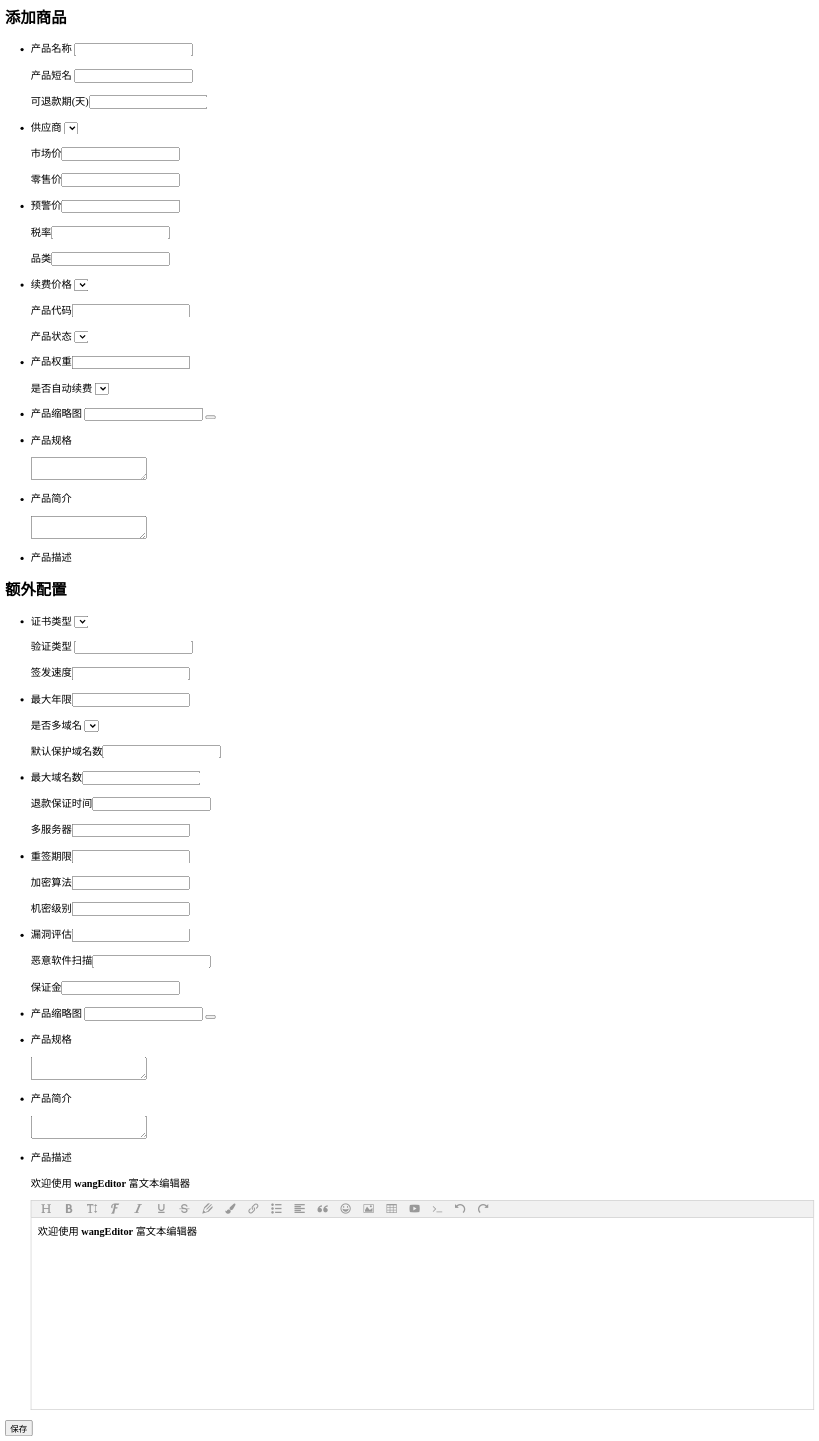
Repository: wangyan466393/racentSystem
Page: addProduct.html
An editor plug-in stored every save of this project. The page is shown before and after the next save, followed by the edit.
The browser window is 1280 px wide. The pictures show the whole page, at 64% of full size.

Above is the page before, as saved 2020-08-19 21:50:26.

After the next save:
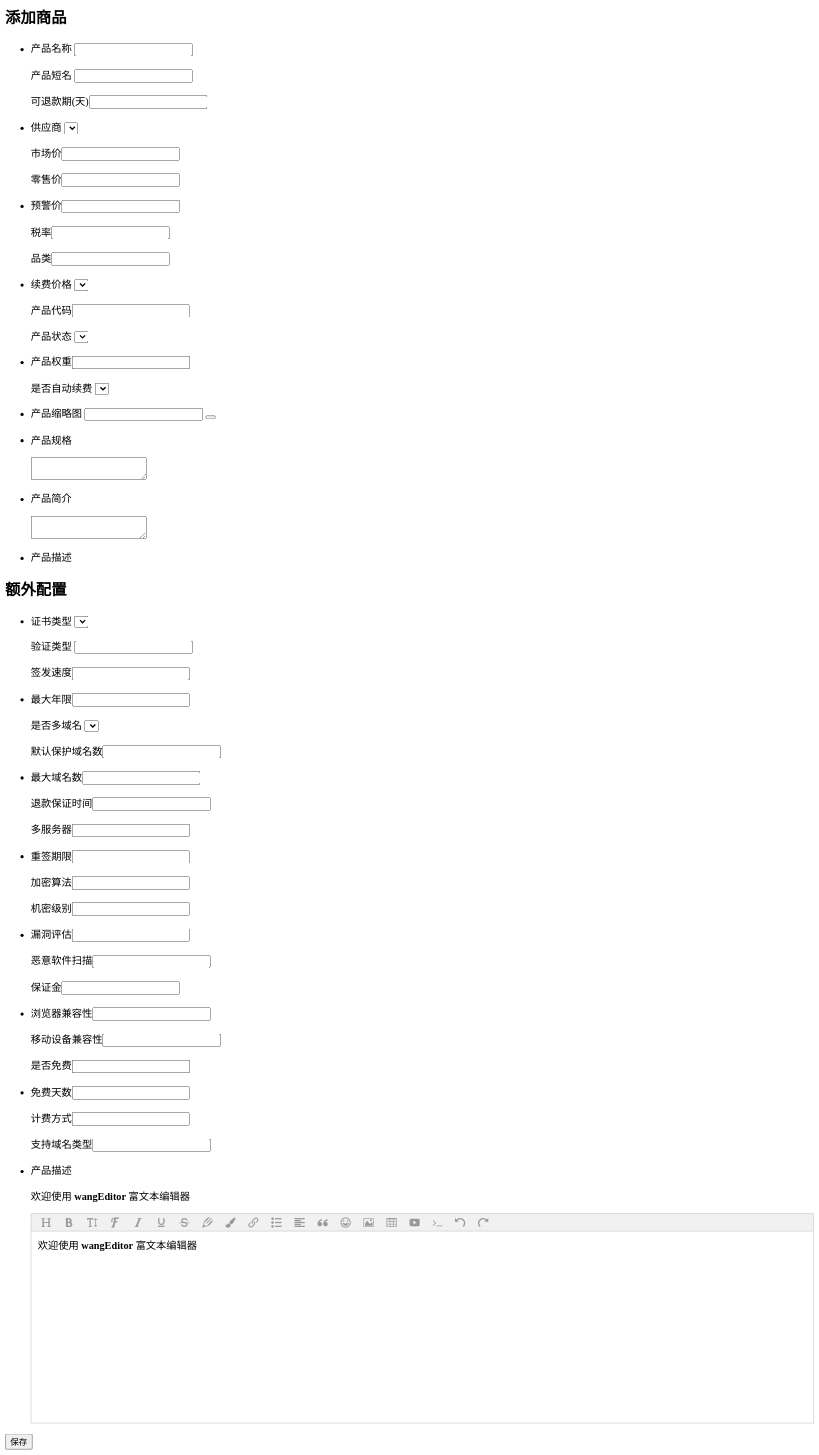
Saved 58 s later.
--- a/addProduct.html
+++ b/addProduct.html
@@ -170,24 +170,26 @@
                     </p>
                 </li>
                 <li>
-                    <p class="thumb_box">
-                        <span>产品缩略图</span>
-                        <label class="input_group">
-                            <input type="text" class="form-control">
-                            <span class="input-group-btn">
-                                <button type="button" class="btn"></button>
-                            </span>
-                        </label>
-                    </p>
-                </li>
-                <li>
-                    <p> <span>产品规格</span></p>
-                    <textarea class="e_content description"></textarea>
-                </li>
-                <li>
-                    <p> <span>产品简介</span></p>
-                    <textarea class="e_content description"></textarea>
-
+                    <p>
+                        <span>浏览器兼容性</span><input type="text" >
+                    </p>
+                    <p>
+                        <span>移动设备兼容性</span><input type="text" >
+                    </p>
+                    <p>
+                        <span>是否免费</span><input type="text" >
+                    </p>
+                </li>
+                <li>
+                    <p>
+                        <span>免费天数</span><input type="text" >
+                    </p>
+                    <p>
+                        <span>计费方式</span><input type="text" >
+                    </p>
+                    <p>
+                        <span>支持域名类型</span><input type="text" >
+                    </p>
                 </li>
                 <li>
                     <p> <span>产品描述</span></p>
